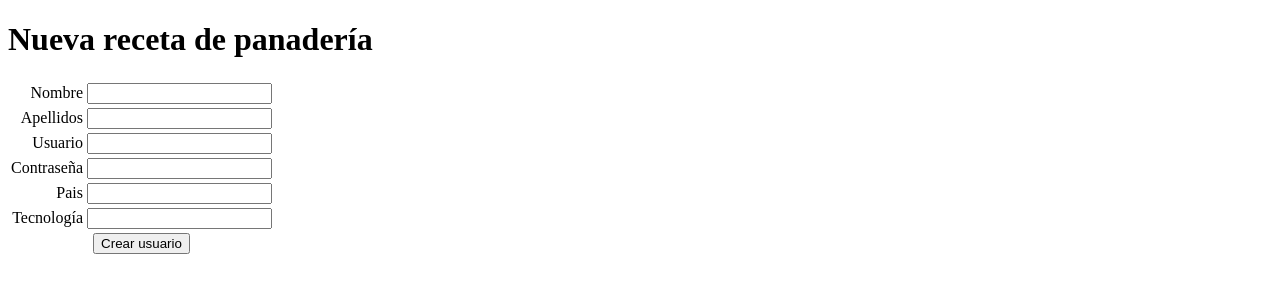
Repository: EusebioLopRob/workSpaceEclipse
Page: http://localhost/A14_MVC_JSP_Bol4/vistasReceta/formuIngredientes.jsp
These files come from the project's save history. The page is drawn as it stood at one moment and after the next save; the edit follows.
The browser window is 1280 px wide. The pictures show the whole page.
The page is served by Tomcat 9.

Above is the page before, as saved 2022-04-04 11:33:03.

After the next save:
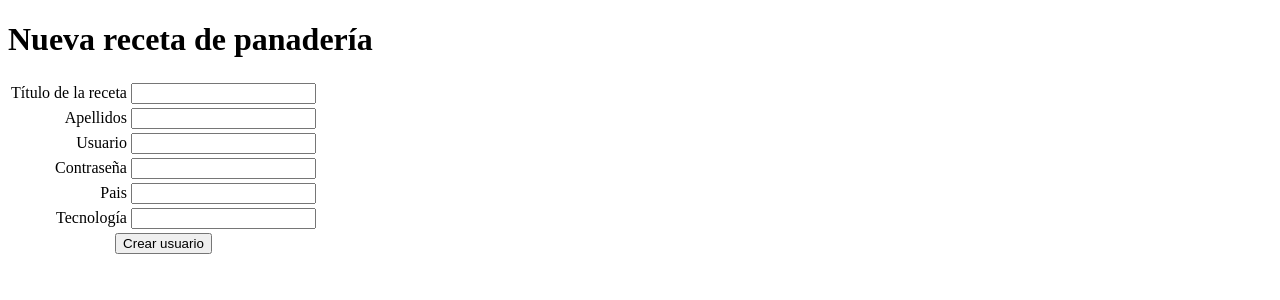
Saved 84 s later.
--- a/A14_MVC_JSP_Bol4/WebContent/vistasReceta/formuIngredientes.jsp
+++ b/A14_MVC_JSP_Bol4/WebContent/vistasReceta/formuIngredientes.jsp
@@ -12,8 +12,8 @@
 	<form action="${pageContext.request.contextPath}/" method="post">
 		<table>
 			<tr>
-				<td align="right">Nombre</td>
-				<td><input type="text" name="txtNombre" /></td>
+				<td align="right">Título de la receta</td>
+				<td><input type="text" name="titulo" /></td>
 			</tr>
 			<tr>
 				<td align="right">Apellidos</td>
